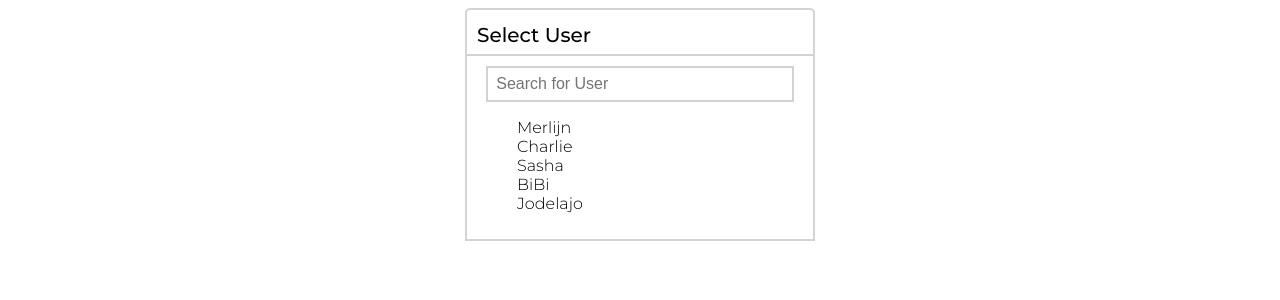
Repository: jodelajo/nuxt-filter-tutorial
Page: /
These files come from the project's save history. The page is drawn as it stood at one moment and after the next save; the edit follows.
The browser window is 1280 px wide. The pictures show the whole page.
The project was rebuilt for these pictures with package versions that can differ from the ones it lists, and the page was loaded fresh each time. The framework's server and built-in components were replaced by stand-ins that run in the browser. Also part of the build but not shown: nuxt.config.js, components/NuxtLogo.vue, components/Tutorial.vue.

Above is the page before, as saved 2021-12-11 12:41:51.

### pages/index.vue
<template>
  <div class="container">
    <div class="dropdown-wrapper">
      <div class="selected-item">
        <span>Select User</span>
      </div>
      <div class="dropdown-popover">
        <input
          v-model="searchQuery"
          type="text"
          placeholder="Search for User"
        />
        <div class="options">
          <ul>
            <li>Merlijn</li>
            <li>Charlie</li>
            <li>Sasha</li>
            <li>BiBi</li>
            <li>Jodelajo</li>
          </ul>
        </div>
      </div>
    </div>
  </div>
</template>

<script>
export default {};
</script>

<style scoped>
@import url("https://fonts.googleapis.com/css2?family=Montserrat:wght@100;200;300;500;700;900&family=Readex+Pro:wght@300;500;700&display=swap");

body {
  width: 100vw;
  height: 100vh;
}
.container {
  display: flex;
  flex-direction: column;
  /* justify-content: center; */
  align-items: center;
  justify-content: center;
   font-family: "Montserrat", sans-serif;
   font-weight: 300;
   font-size: 16px;

}
.dropdown-wrapper {
  width: 350px;
  height: auto;
  /* max-width: 350px; */
  position: relative;
  display: flex;
  text-align: center;
  justify-content: center;
  margin: 0 auto;
}
.selected-item {
  height: 40px;
  width: 100%;
  border: 2px solid lightgray;
  border-radius: 5px;
  padding: 5px 10px;
  display: flex;
  justify-content: space-between;
  align-items: center;
  font-size: 20px;
  font-weight: 500;
}

.dropdown-popover{
  position: absolute;
  border: 2px solid lightgray;
  top: 46px;
  left: 0;
  right: 0;
  background-color: white;
  max-width: 100%;
  padding: 10px;
}
input {
  width: 90%;
  height: 30px;
  border: 2px solid lightgray;
  font-size: 16px;
  padding-left: 8px;
}
.options {
  width: 100%;
}
.options ul {
  list-style: none;
  text-align: left;
}
</style>

After the next save:
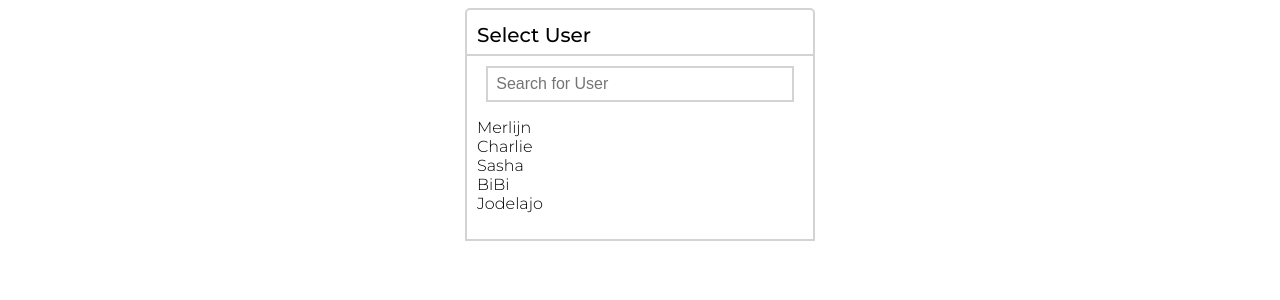
Saved 8 s later.
--- a/pages/index.vue
+++ b/pages/index.vue
@@ -92,5 +92,6 @@ input {
 .options ul {
   list-style: none;
   text-align: left;
+  padding-left: 0;
 }
 </style>
